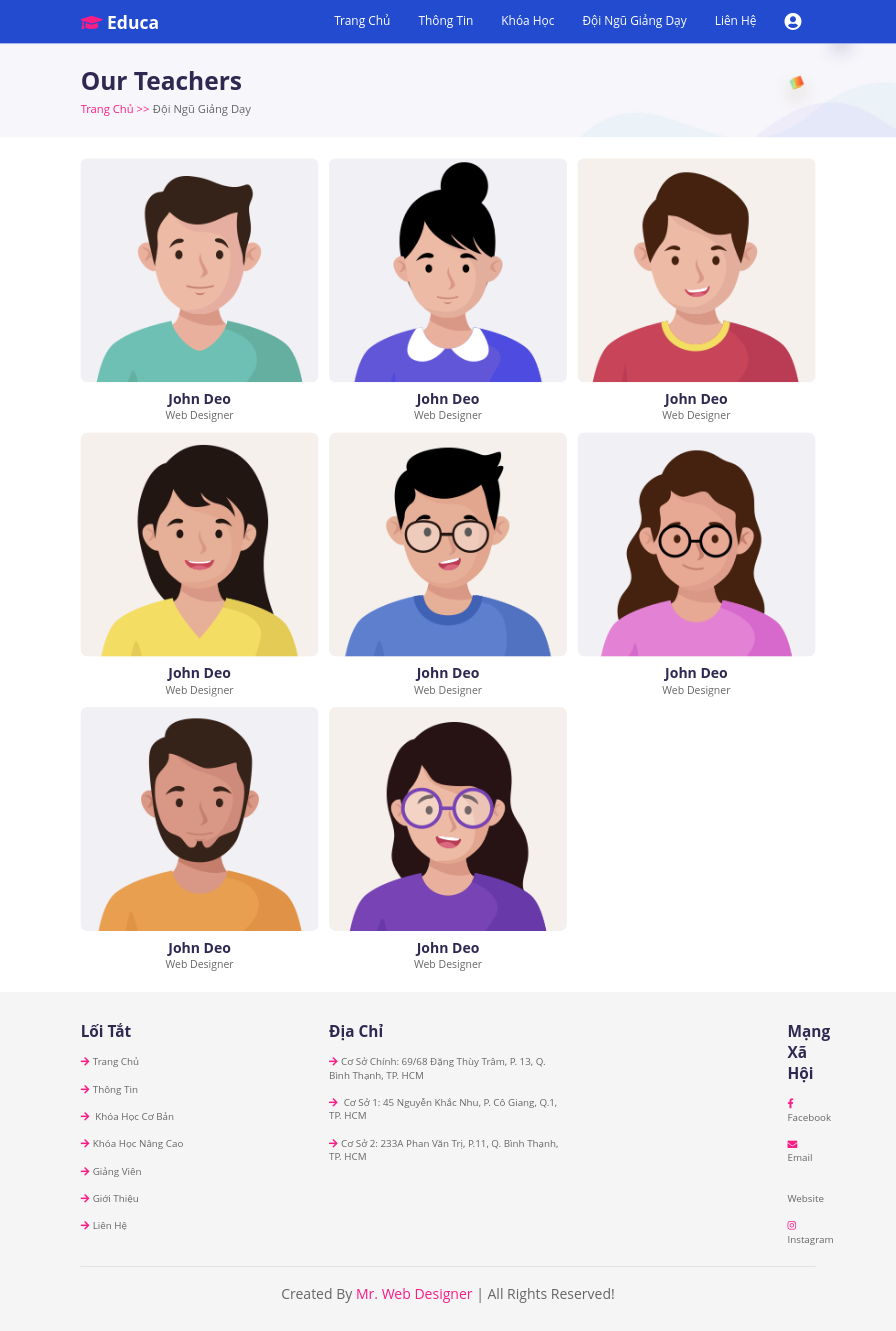
Repository: nhatkhanh022400/Layout
Page: Page-User/teachers.html
An editor plug-in stored every save of this project. The page is shown before and after the next save, followed by the edit.
The browser window is 1280 px wide. The pictures show the whole page, at 70% of full size.

Above is the page before, as saved 2022-03-22 16:31:32.
Console error: ReferenceError: $ is not defined

### Page-User/teachers.html
<!DOCTYPE html>
<html lang="en">
<head>
    <meta charset="UTF-8">
    <meta http-equiv="X-UA-Compatible" content="IE=edge">
    <meta name="viewport" content="width=device-width, initial-scale=1.0">
    <title>teachers</title>

    <!-- font awesome cdn link  -->
    <link rel="stylesheet" href="https://cdnjs.cloudflare.com/ajax/libs/font-awesome/5.15.4/css/all.min.css">

    <!-- custom css file link  -->
    <link rel="stylesheet" href="css/style.css">
    <link rel="stylesheet" href="https://unpkg.com/aos@next/dist/aos.css" />

</head>
<body>

<!-- header section starts  -->

<header class="header">

    <a href="home.html" class="logo"> <i class="fas fa-graduation-cap"></i> educa </a>

    <div id="menu-btn" class="fas fa-bars"></div>

    <nav class="navbar">
        <ul>
            <li><a href="home.html">Trang Chủ</a></li>
            <li><a href="about.html">Thông Tin</a></li>
            <li><a href="#">Khóa Học</a>
                <ul>
                    <li><a href="course-1.html">Khóa Học Cơ Bản</a></li>
                    <li><a href="course-2.html">Khóa Học Nâng Cao </a></li>

                </ul>
            </li>
            <li>
                <a href="#">Đội Ngũ Giảng Dạy</a>
                <ul>
                    <li><a href="blog.html">Giới Thiệu</a></li>
                    <li><a href="teachers.html">Giảng Viên</a></li>
                </ul>
            </li>
            <li><a href="contact.html">Liên Hệ</a></li>
            <li>
                <a href="#">
                    <i class="fas fa-user-circle"></i>
                </a>
                <ul>
                    <li><a href="user.html">Profile</a></li>
                    <li><a href="sign-up.html">Đăng Xuất</a></li>
                </ul>

            </li>
        </ul>
    </nav>

</header>
<!-- header section ends -->

<section class="heading">
    <h3>our teachers</h3>
    <p> <a href="home.html">Trang Chủ >></a>Đội Ngũ Giảng Dạy </p>
</section>

<!-- teachers section starts  -->

<section class="teachers">

    <div class="box">
        <div class="image">
            <img src="images/teacher-1.png" alt="">
            <div class="share">
                <a href="#" class="fab fa-facebook-f"></a>
                <a href="#" class="fab fa-twitter"></a>
                <a href="#" class="fab fa-instagram"></a>
                <a href="#" class="fab fa-linkedin"></a>
            </div>
        </div>
        <div class="content">
            <h3>john deo</h3>
            <span>web designer</span>
        </div>
    </div>

    <div class="box">
        <div class="image">
            <img src="images/teacher-2.png" alt="">
            <div class="share">
                <a href="#" class="fab fa-facebook-f"></a>
                <a href="#" class="fab fa-twitter"></a>
                <a href="#" class="fab fa-instagram"></a>
                <a href="#" class="fab fa-linkedin"></a>
            </div>
        </div>
        <div class="content">
            <h3>john deo</h3>
            <span>web designer</span>
        </div>
    </div>

    <div class="box">
        <div class="image">
            <img src="images/teacher-3.png" alt="">
            <div class="share">
                <a href="#" class="fab fa-facebook-f"></a>
                <a href="#" class="fab fa-twitter"></a>
                <a href="#" class="fab fa-instagram"></a>
                <a href="#" class="fab fa-linkedin"></a>
            </div>
        </div>
        <div class="content">
            <h3>john deo</h3>
            <span>web designer</span>
        </div>
    </div>

    <div class="box">
        <div class="image">
            <img src="images/teacher-4.png" alt="">
            <div class="share">
                <a href="#" class="fab fa-facebook-f"></a>
                <a href="#" class="fab fa-twitter"></a>
                <a href="#" class="fab fa-instagram"></a>
                <a href="#" class="fab fa-linkedin"></a>
            </div>
        </div>
        <div class="content">
            <h3>john deo</h3>
            <span>web designer</span>
        </div>
    </div>

    <div class="box">
        <div class="image">
            <img src="images/teacher-5.png" alt="">
            <div class="share">
                <a href="#" class="fab fa-facebook-f"></a>
                <a href="#" class="fab fa-twitter"></a>
                <a href="#" class="fab fa-instagram"></a>
                <a href="#" class="fab fa-linkedin"></a>
            </div>
        </div>
        <div class="content">
            <h3>john deo</h3>
            <span>web designer</span>
        </div>
    </div>

    <div class="box">
        <div class="image">
            <img src="images/teacher-6.png" alt="">
            <div class="share">
                <a href="#" class="fab fa-facebook-f"></a>
                <a href="#" class="fab fa-twitter"></a>
                <a href="#" class="fab fa-instagram"></a>
                <a href="#" class="fab fa-linkedin"></a>
            </div>
        </div>
        <div class="content">
            <h3>john deo</h3>
            <span>web designer</span>
        </div>
    </div>

    <div class="box">
        <div class="image">
            <img src="images/teacher-7.png" alt="">
            <div class="share">
                <a href="#" class="fab fa-facebook-f"></a>
                <a href="#" class="fab fa-twitter"></a>
                <a href="#" class="fab fa-instagram"></a>
                <a href="#" class="fab fa-linkedin"></a>
            </div>
        </div>
        <div class="content">
            <h3>john deo</h3>
            <span>web designer</span>
        </div>
    </div>

    <div class="box">
        <div class="image">
            <img src="images/teacher-8.png" alt="">
            <div class="share">
                <a href="#" class="fab fa-facebook-f"></a>
                <a href="#" class="fab fa-twitter"></a>
                <a href="#" class="fab fa-instagram"></a>
                <a href="#" class="fab fa-linkedin"></a>
            </div>
        </div>
        <div class="content">
            <h3>john deo</h3>
            <span>web designer</span>
        </div>
    </div>

</section>

<!-- teachers section ends -->












<!-- footer section starts  -->

<section class="footer">

    <div class="box-container">

        <div class="box">
            <h3>Lối Tắt</h3>
            <a href="home.html"> <i class="fas fa-arrow-right"></i>Trang Chủ</a>
            <a href="about.html"> <i class="fas fa-arrow-right"></i>Thông Tin </a>
            <a href="course-1.html"> <i class="fas fa-arrow-right"></i> Khóa Học Cơ Bản</a>
            <a href="course-2.html"> <i class="fas fa-arrow-right"></i>Khóa Học Nâng Cao</a>
            <a href="teachers.html"> <i class="fas fa-arrow-right"></i>Giảng Viên</a>
            <a href="blog.html"> <i class="fas fa-arrow-right"></i>Giới Thiệu</a>
            <a href="contact.html"> <i class="fas fa-arrow-right"></i>Liên Hệ</a>
        </div>

        <div class="box">
            <h3>Địa Chỉ</h3>
            <a href="#"> <i class="fas fa-arrow-right"></i>Cơ sở chính: 69/68 Đặng Thùy Trâm, P. 13, Q. Bình Thạnh, TP. HCM</a>
            <a href="#"> <i class="fas fa-arrow-right"></i> Cơ sở 1: 45 Nguyễn Khắc Nhu, P. Cô Giang, Q.1, TP. HCM</a>
            <a href="#"> <i class="fas fa-arrow-right"></i>Cơ sở 2: 233A Phan Văn Trị, P.11, Q. Bình Thạnh, TP. HCM</a>

        </div>

        <div class="box" style="margin-left: 30rem;">
            <h3>Mạng Xã Hội</h3>
            <a href="#"> <i class="fab fa-facebook-f"></i> facebook </a>
            <a href="#"> <i class="fas fa-envelope"></i> email</a>
            <a href="#"> <i class="far fa-browser"></i> website </a>
            <a href="#"> <i class="fab fa-instagram"></i> instagram </a>

        </div>

    </div>

    <div class="credit"> created by <span>mr. web designer</span> | all rights reserved! </div>

</section>

<!-- footer section ends -->

<!-- custom js file link  -->
<script src="js/script.js"></script>
<script src="https://unpkg.com/aos@next/dist/aos.js"></script>
    <script>
        AOS.init();
    </script>

</body>
</html>

### Page-User/css/style.css
@import url("https://fonts.googleapis.com/css2?family=Poppins:wght@100;300;400;500;600&display=swap");
* {
  font-family: 'Open Sans', sans-serif;
  margin: 0;
  padding: 0;
  -webkit-box-sizing: border-box;
  box-sizing: border-box;
  text-transform: capitalize;
  text-decoration: none;
  outline: none;
  border: none;
  -webkit-transition: all 0.2s linear;
  transition: all 0.2s linear;
}

html {
  font-size: 62.5%;
  overflow-x: hidden;
}

section {
  padding: 3rem 9%;
}

.btn {
  display: inline-block;
  margin-top: 1rem;
  padding: 1rem 3rem;
  background: #e9edfb;
  color: #224bcf;
  cursor: pointer;
  border-radius: 0.5rem;
  font-size: 1.7rem;
}

.btn:hover {
  color: #fff;
  background: #224bcf;
}

.heading {
  background: url(../images/heading-bg.png) no-repeat;
  background-size: cover;
  background-position: center;
}

.heading h3 {
  font-size: 3.5rem;
  color: #302851;
}

.heading p {
  font-size: 1.6rem;
  color: #666;
  padding-top: 0.5rem;
}

.heading p a {
  padding-right: 0.5rem;
  color: #fa1d86;
}

.heading p a:hover {
  color: #224bcf;
}

.header {
  position: -webkit-sticky;
  position: sticky;
  top: 0;
  left: 0;
  right: 0;
  z-index: 1000;
  display: -webkit-box;
  display: -ms-flexbox;
  display: flex;
  -webkit-box-align: center;
  -ms-flex-align: center;
  align-items: center;
  -webkit-box-pack: justify;
  -ms-flex-pack: justify;
  justify-content: space-between;
  padding: 0 9%;
  background: #224bcf;
  height: 62px;
}

.header .logo {
  font-size: 2.5rem;
  font-weight: bolder;
  color: #fff;
  text-decoration: none;
}

.header .logo i {
  color: #fa1d86;
}

.header .navbar ul {
  list-style: none;
  width: 100%;
}

.header .fa-user-circle{
  font-size: 25px;
}

.header .navbar ul li {
  position: relative;
  float: left;
}

.header .navbar ul li:hover ul {
  display: block;
}

.header .navbar ul li a {
  padding: 2rem;
  display: block;
  font-size: 1.7rem;
  color: #fff;
  text-decoration: none;
}

.header .navbar ul li a:hover {
  background: #fa1d86;
}

.header .navbar ul li ul {
  position: absolute;
  left: 0;
  width: 20rem;
  background: #224bcf;
  display: none;
}

.header .navbar ul li ul li {
  width: 100%;
}

#menu-btn {
  cursor: pointer;
  color: #fff;
  font-size: 2.5rem;
  display: none;
}

.home {
  display: -webkit-box;
  display: -ms-flexbox;
  display: flex;
  -webkit-box-align: center;
  -ms-flex-align: center;
  align-items: center;
  -ms-flex-wrap: wrap;
  flex-wrap: wrap;
  gap: 2rem;
}

.home .image {
  -webkit-box-flex: 1;
  -ms-flex: 1 1 42rem;
  flex: 1 1 42rem;
}

.home .image img {
  width: 100%;
}

.home .content {
  -webkit-box-flex: 1;
  -ms-flex: 1 1 42rem;
  flex: 1 1 42rem;
}

.home .content h3 {
  color: #302851;
  font-size: 5rem;
}

.home .content p {
  font-size: 1.4rem;
  color: #666;
  padding: 1rem 0;
  line-height: 2.5;
}

.category {
  display: -ms-grid;
  display: grid;
  -ms-grid-columns: (minmax(16rem, 1fr)) [auto-fit];
  grid-template-columns: repeat(auto-fit, minmax(16rem, 1fr));
  gap: 1.5rem;
}

.category .box {
  border-radius: 1rem;
  background: #f5f5f5;
  padding: 4rem 3rem;
  text-align: center;
}

.category .box img {
  height: 7rem;
  margin-bottom: 2rem;
}

.category .box h3 {
  font-size: 1.7rem;
  color: #302851;
}

.about {
  display: -webkit-box;
  display: -ms-flexbox;
  display: flex;
  -webkit-box-align: center;
  -ms-flex-align: center;
  align-items: center;
  -ms-flex-wrap: wrap;
  flex-wrap: wrap;
  gap: 2rem;
}

.about .image {
  -webkit-box-flex: 1;
  -ms-flex: 1 1 42rem;
  flex: 1 1 42rem;
}

.about .image img {
  width: 100%;
}

.about .content {
  -webkit-box-flex: 1;
  -ms-flex: 1 1 42rem;
  flex: 1 1 42rem;
}

.about .content h3 {
  color: #302851;
  font-size: 4.5rem;
}

.about .content p {
  font-size: 1.4rem;
  padding: 1rem 0;
  color: #666;
  line-height: 2.5;
}

.teachers {
  display: -ms-grid;
  display: grid;
  -ms-grid-columns: (minmax(27rem, 1fr)) [auto-fit];
  grid-template-columns: repeat(auto-fit, minmax(27rem, 1fr));
  gap: 1.5rem;

}

.teachers .box {
  text-align: center;
  overflow: hidden;
}

.teachers .box:hover .image .share {
  -webkit-transform: translateY(0);
  transform: translateY(0);
}

.teachers .box:hover .image .share a {
  transform: translateY(10px);
  opacity: 1;
  transition: transform 0.2s 0.2s;
  transition: transform 0.2s 0.2s, -webkit-transform 0.2s 0.2s;
}

.teachers .box:hover .image .share button {
  background-color: transparent;
  color: white;
  font-weight: bold;
  border: 1px solid white;
  padding: 3px 6px;
  border-radius: 3px;
  font-size: 15px;
  transform: translateY(-10px);
  opacity: 1;
  transition: transform 0.2s 0.2s;
}

.teachers .box:hover .image .share .status {
  float: left;
  background-color: transparent;
  color: white;
  font-size: 13px;
  transform: translateY(-10px);
  transition: p 0.2s;
}

.teachers .box .image {
  overflow: hidden;
  height: 32rem;
  width: 100%;
  position: relative;
  border-radius: 1rem;
}

.teachers .box .image .share {
  position: absolute;
  top: 0;
  left: 0;
  height: 100%;
  width: 100%;
  background: rgba(0, 0, 0, 0.7);
  display: -webkit-box;
  display: -ms-flexbox;
  display: flex;
  -webkit-box-align: end;
  -ms-flex-align: end;
  align-items: flex-end;
  -webkit-box-pack: center;
  -ms-flex-pack: center;
  justify-content: center;
  z-index: 10;
  overflow: hidden;
  -webkit-transform: translateY(-100%);
  transform: translateY(-100%);
}

.teachers .box .image .share a {
  font-size: 2.5rem;
  margin: 2rem 1.5rem;
  color: #fff;
  -webkit-transform: translateY(5rem);
  transform: translateY(5rem);
  opacity: 0;
}

.teachers .box .image .share a:hover {
  color: #fa1d86;
}

.teachers .box .image .share button:hover {
  background-color: white;
  color: black;
}

.teachers .box .image img {
  height: 100%;
  width: 100%;
  -o-object-fit: cover;
  object-fit: cover;
}

.teachers .box .content {
  padding-top: 1rem;
}

.teachers .box .content h3 {
  font-size: 2rem;
  color: #302851;
}

.teachers .box .content span {
  color: #666;
  font-size: 1.5rem;
}

.blog {
  display: -ms-grid;
  display: grid;
  -ms-grid-columns: (minmax(31rem, 1fr)) [auto-fit];
  grid-template-columns: repeat(auto-fit, minmax(31rem, 1fr));
  gap: 1.5rem;
}

.blog .box .image {
  height: 25rem;
  width: 100%;
  overflow: hidden;
}

.blog .box .image img {
  height: 100%;
  width: 100%;
  -o-object-fit: cover;
  object-fit: cover;
  border-radius: 0.5rem;
}

.blog .box .content {
  padding: 2rem;
  background: #f5f5f5;
}

.blog .box .content .icons {
  padding: 1.5rem 0;
  margin-bottom: 1rem;
  display: -webkit-box;
  display: -ms-flexbox;
  display: flex;
  -webkit-box-align: center;
  -ms-flex-align: center;
  align-items: center;
  -webkit-box-pack: justify;
  -ms-flex-pack: justify;
  justify-content: space-between;
}

.blog .box .content .icons a {
  font-size: 1.4rem;
  color: #666;
}

.blog .box .content .icons a:hover {
  color: #224bcf;
}

.blog .box .content .icons a i {
  padding-right: 0.5rem;
  color: #224bcf;
}

.blog .box .content h3 {
  font-size: 1.7rem;
  padding: 0.5rem 0;
  color: #302851;
}

.blog .box .content p {
  padding: 1rem 0;
  font-size: 1.4rem;
  line-height: 2.5;
  color: #666;
}

.contact .icons-container {
  display: -ms-grid;
  display: grid;
  -ms-grid-columns: (minmax(30rem, 1fr)) [auto-fit];
  grid-template-columns: repeat(auto-fit, minmax(30rem, 1fr));
  gap: 1.5rem;
}

.contact .icons-container .icons {
  text-align: center;
  padding: 2rem;
  border-radius: 1rem;
  background: #f5f5f5;
  margin-bottom: 2rem;
}

.contact .icons-container .icons i {
  height: 6.5rem;
  width: 6.5rem;
  line-height: 6.5rem;
  font-size: 2.5rem;
  color: #224bcf;
  background: #e9edfb;
  border-radius: 50%;
  text-align: center;
  margin-bottom: 0.5rem;
}

.contact .icons-container .icons h3 {
  font-size: 2rem;
  color: #302851;
  padding: 0.7rem 0;
}

.contact .icons-container .icons p {
  line-height: 2;
  font-size: 1.4rem;
  color: #666;
}

.contact .row {
  display: -webkit-box;
  display: -ms-flexbox;
  display: flex;
  -ms-flex-wrap: wrap;
  flex-wrap: wrap;
  gap: 1.5rem;
}

.contact .row form {
  -webkit-box-flex: 1;
  -ms-flex: 1 1 42rem;
  flex: 1 1 42rem;
  border-radius: 1rem;
  background: #f5f5f5;
  padding: 2rem;
}

.contact .row form h3 {
  font-size: 2.5rem;
  color: #302851;
  margin-bottom: 0.5rem;
}

.contact .row form .box,
.contact .row form textarea {
  width: 100%;
  padding: 1rem 1.2rem;
  font-size: 1.6rem;
  color: #666;
  text-transform: none;
  margin: 1rem 0;
  border-radius: 0.5rem;
  background: #fff;
}

.contact .row form textarea {
  height: 15rem;
  resize: none;
}

.contact .row .map {
  -webkit-box-flex: 1;
  -ms-flex: 1 1 42rem;
  flex: 1 1 42rem;
  width: 100%;
  border-radius: 1rem;
}

.footer {
  background: #f5f5f5;
}

.footer .box-container {
  display: -ms-grid;
  display: grid;
  -ms-grid-columns: (minmax(25rem, 1fr)) [auto-fit];
  grid-template-columns: repeat(auto-fit, minmax(25rem, 1fr));
  gap: 1.5rem;
}

.footer .box-container .box h3 {
  font-size: 2.2rem;
  padding: 1rem 0;
  color: #302851;
}

.footer .box-container .box a {
  display: block;
  font-size: 1.4rem;
  padding: 1rem 0;
  color: #666;
}

.footer .box-container .box a:hover {
  color: #fa1d86;
}

.footer .box-container .box a:hover i {
  padding-right: 2rem;
}

.footer .box-container .box a i {
  color: #fa1d86;
  padding-right: 0.5rem;
}

.footer .credit {
  text-align: center;
  margin-top: 2rem;
  padding: 1rem;
  padding-top: 2.5rem;
  font-size: 2rem;
  color: #666;
  border-top: 0.1rem solid rgba(0, 0, 0, 0.1);
}

.footer .credit span {
  color: #fa1d86;
}

/* =================================user===================================================== */

/* --------------------------------nav----------------------------- */
.border-right{
  font-size: 15px;
}
.form-control:focus {
  box-shadow: none;
  border-color: #BA68C8
}

.profile-button {
  background: rgb(99, 39, 120);
  box-shadow: none;
  border: none
}

.profile-button:hover {
  background: #682773
}

.profile-button:focus {
  background: #682773;
  box-shadow: none
}

.profile-button:active {
  background: #682773;
  box-shadow: none
}

.back:hover {
  color: #682773;
  cursor: pointer
}

.labels {
  font-size: 15px
}

.experience{
  font-size: 13px;
}

.add-experience:hover {
  background: #478cff;
  color: #fff;
  cursor: pointer;
  border: solid 1px #BA68C8
}

/* =============================================================================================== */

/* =================================================sign-up======================================== */

.bg-signup{
  width: 100%;
  min-height: 100vh;
  background-color: #f2f3f5;
  display: flex;
  align-items: center;
  justify-content: center;
  padding: 100px 0;
  background-image: url(../img/login.jpg);
  background-attachment: fixed;
  background-size: cover;
  object-fit: cover;
  background-repeat: no-repeat;
}
.signup {

  padding: 90px 75px;
  background-color: #fff;
  width: 100%;
  max-width: 600px;
  border-radius: 30px;
}

.signup .logo {
  text-align: center;
}
.signup-heading {
  font-size: 40px;
  font-weight: bold;
  color: #373941;
  text-align: center;
  margin-bottom: 35px;
}
.signup-social {
  padding: 10px;
  border-radius: 20px;
  display: block;
  width: 100%;
  color: white;
  font-size: 16px;
  font-weight: bold;
  font-family: "Poppins", sans-serif;
  border: 0;
  background-color: #4c6ff4;
  display: flex;
  align-items: center;
  cursor: pointer;
  outline: none;
  box-shadow: 0 5px 10px 0 rgba(76, 111, 244, 0.5);
}
.signup-social-icon {
  width: 60px;
  height: 60px;
  border-radius: 10px;
  background-color: white;
  display: flex;
  align-items: center;
  justify-content: center;
  color: #4c6ff4;
  font-size: 30px;
}
.signup-social-text {
  display: block;
  margin: 0 auto;
}
.signup-or {
  text-align: center;
  font-size: 16px;
  color: #999;
  margin: 55px auto;
  position: relative;
}
.signup-or span {
  display: inline-block;
  padding: 10px 30px;
  background-color: #fff;
  position: relative;
  z-index: 2;
}
.signup-or:after {
  content: "";
  width: 100%;
  height: 1px;
  background-color: #999;
  position: absolute;
  top: 50%;
  left: 0;
  transform: translateY(-50%);
}
.signup-label {
  font-size: 16px;
  color: #63676b;
  font-weight: 500;
  margin-bottom: 10px;
  display: inline-block;
  cursor: pointer;
}
.signup-input {
  display: block;
  width: 100%;
  padding: 25px;
  border-radius: 14px;
  background-color: #f2f3f5;
  outline: none;
  border: 0;
  font-family: "Poppins", sans-serif;
  font-size: 18px;
  margin-bottom: 30px;
}
.signup-input::-webkit-input-placeholder {
  color: #b4bac0;
  font-weight: 500;
}
.signup-input::-moz-input-placeholder {
  color: #b4bac0;
  font-weight: 500;
}
.signup-submit {
  padding: 25px;
  color: white;
  font-size: 18px;
  text-align: center;
  border: 0;
  outline: none;
  display: inline-block;
  width: 100%;
  border-radius: 14px;
  background-color: rgb(130, 201, 30);
  font-family: "Poppins", sans-serif;
  cursor: pointer;
  font-weight: 600;
  box-shadow: 0 5px 10px 0 rgba(130, 201, 30, 0.5);
  margin-top: 25px;
  margin-bottom: 25px;
}
.signup-already {
  text-align: center;
  font-size: 16px;
  color: #999;
}
.signup-login-link {
  color: #2979ff;
  text-decoration: none;
}
/* ================================================================================================= */

/* ================================================animation========================================== */


@media (max-width: 1200px) {
  html {
    font-size: 55%;
  }
  section {
    padding: 3rem 2rem;
  }
}

@media (max-width: 768px) {
  #menu-btn {
    display: inline-block;
  }
  .header {
    padding: 2rem;
  }
  .header .navbar {
    position: absolute;
    top: 99%;
    left: 0;
    right: 0;
    background: #224bcf;
    -webkit-clip-path: polygon(0 0, 100% 0, 100% 0, 0 0);
    clip-path: polygon(0 0, 100% 0, 100% 0, 0 0);
  }
  .header .navbar.active {
    -webkit-clip-path: polygon(0 0, 100% 0, 100% 100%, 0 100%);
    clip-path: polygon(0 0, 100% 0, 100% 100%, 0 100%);
  }
  .header .navbar ul li {
    width: 100%;
  }
  .header .navbar ul li ul {
    width: 100%;
    position: relative;
  }
  .about .content h3 {
    font-size: 3rem;
  }
  .main-video video {
    width: 95%;
    border-width: 0.2rem;
  }
}

@media (max-width: 450px) {
  html {
    font-size: 50%;
  }
}

### Page-User/js/script.js
let navbar = document.querySelector('.header .navbar');

document.querySelector('#menu-btn').onclick = () =>{
    navbar.classList.toggle('active');
}

window.onscroll = () =>{
    navbar.classList.remove('active');
}

$(document).ready(function(){
    $(window).scroll(function(){
        $(".teachersani").each(function(){
            const pos = $(this).offset().top;
            const winTop = $(window).scrollTop();
            if (pos < winTop + 600) {
                $(this).addClass("slide");
            }
        })
    })
})

After the next save:
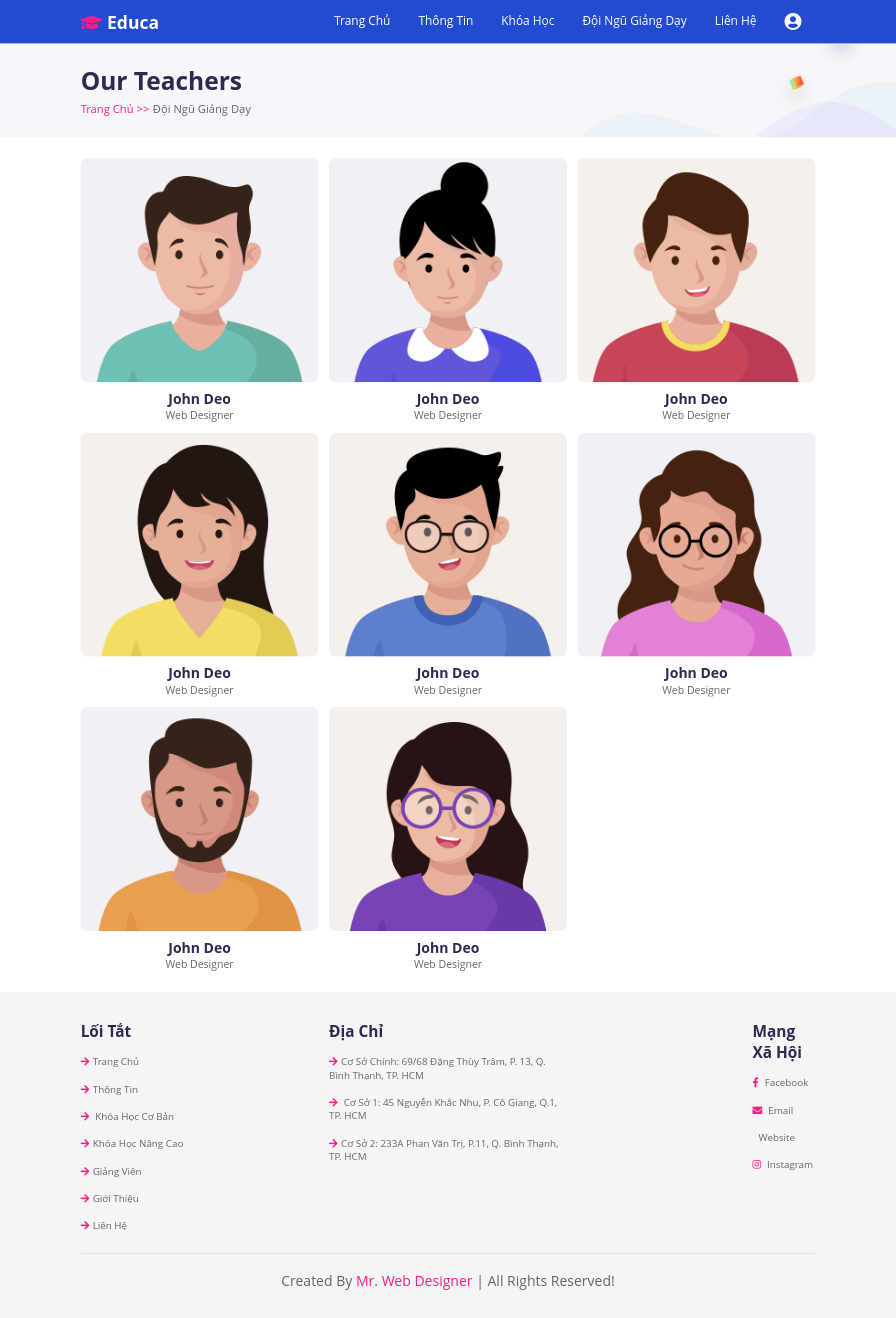
Saved 7 s later.
--- a/Page-User/teachers.html
+++ b/Page-User/teachers.html
@@ -236,7 +236,7 @@
 
         </div>
 
-        <div class="box" style="margin-left: 30rem;">
+        <div class="box" style="margin-left: 25rem;">
             <h3>Mạng Xã Hội</h3>
             <a href="#"> <i class="fab fa-facebook-f"></i> facebook </a>
             <a href="#"> <i class="fas fa-envelope"></i> email</a>
